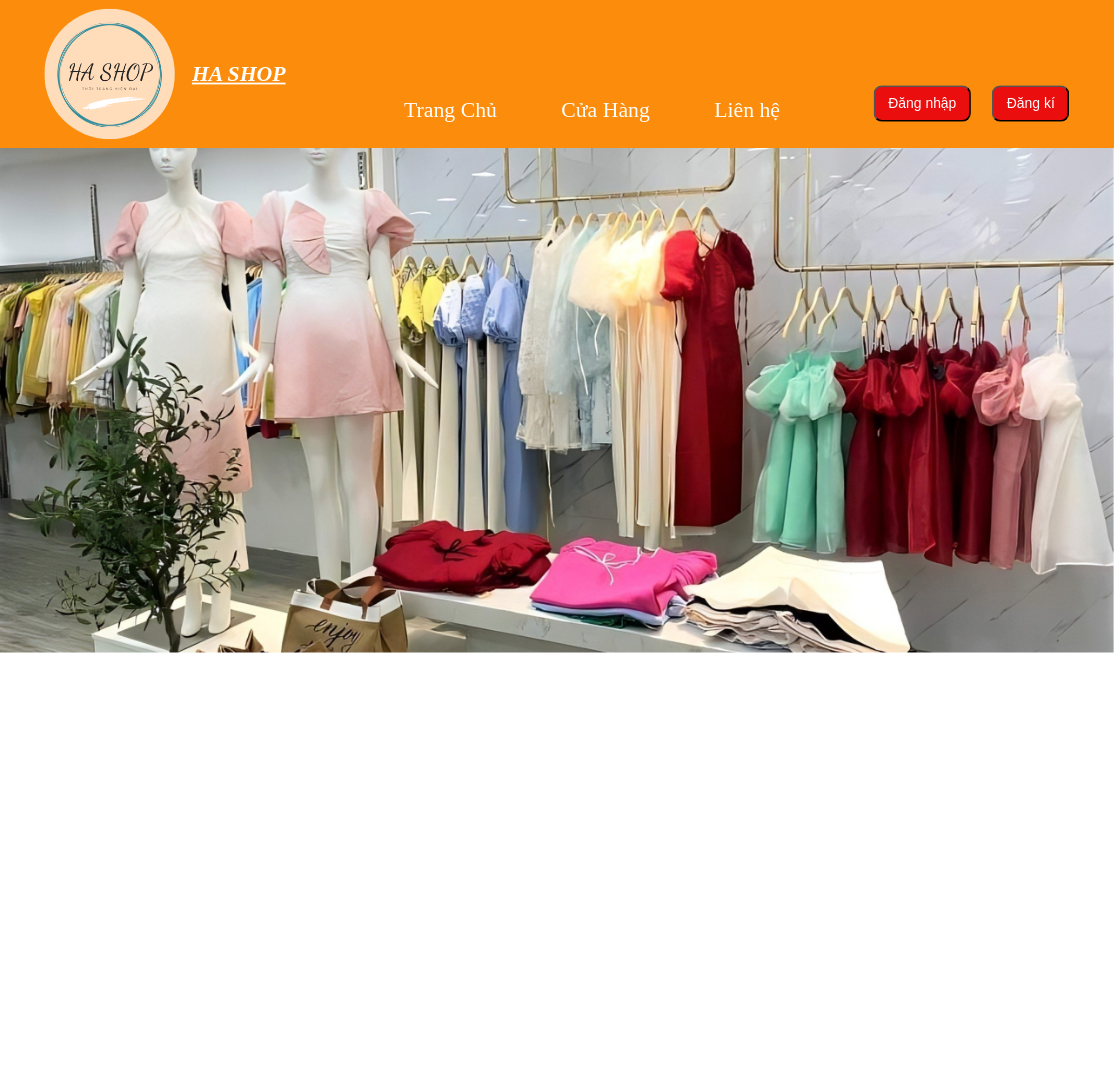
Repository: manhhieu120499/demo_page
Page: trangchu.html
An editor plug-in stored every save of this project. The page is shown before and after a run of saves, followed by the edit.
The browser window is 1280 px wide. The pictures show the whole page, at 87% of full size.

Above is the page before, as saved 2023-03-04 10:21:57.

After the next 2 saves:
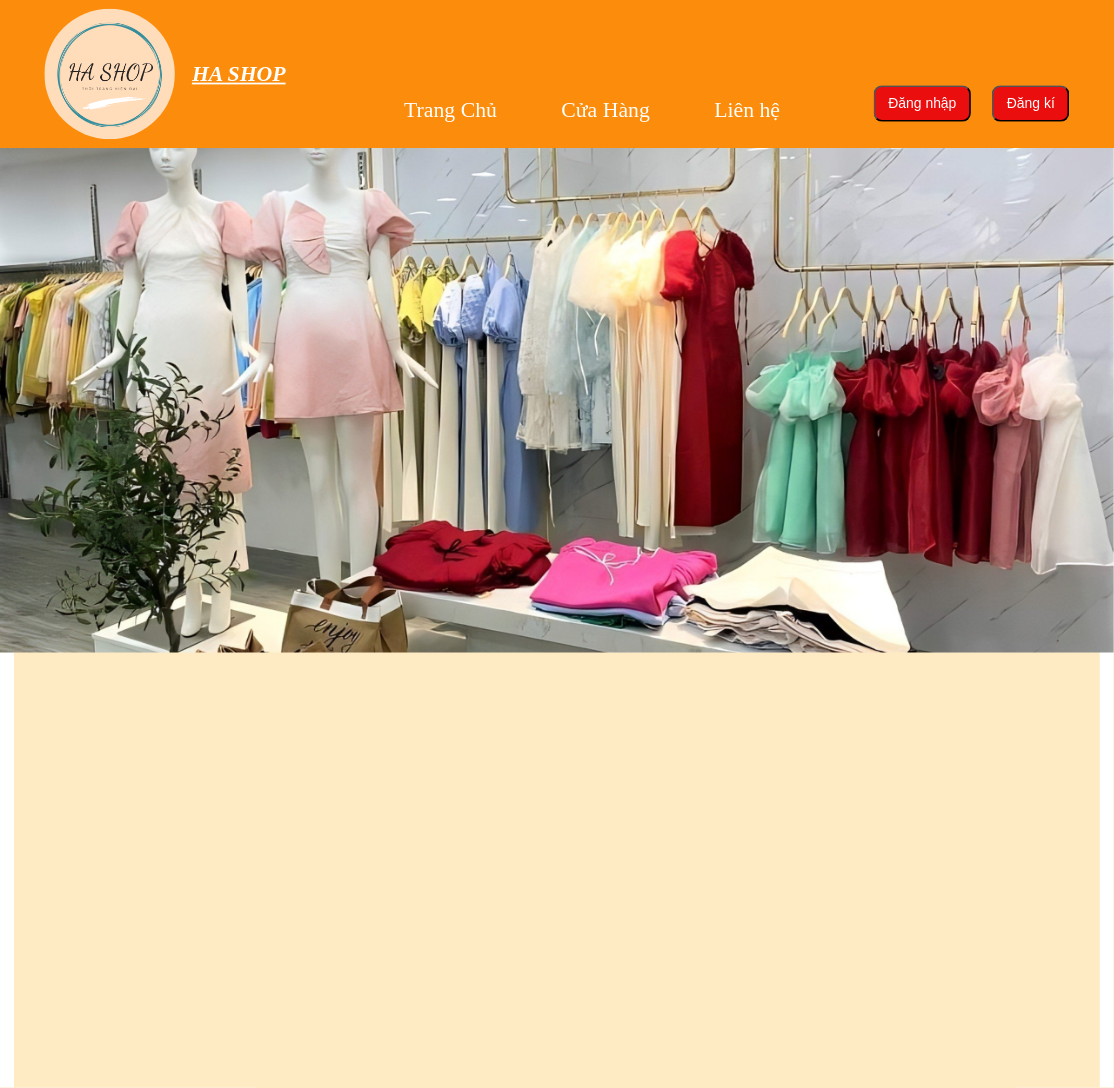
The 2 saves are shown as one change because they came seconds apart.
The last was saved 16 s later.
--- a/style_trangchu.css
+++ b/style_trangchu.css
@@ -74,5 +74,5 @@
     width: calc(100% - 32px);
     margin-left: 16px;
     height: 700px;
-    background-color: ;
+    background-color: #FEEAC3;
 }
